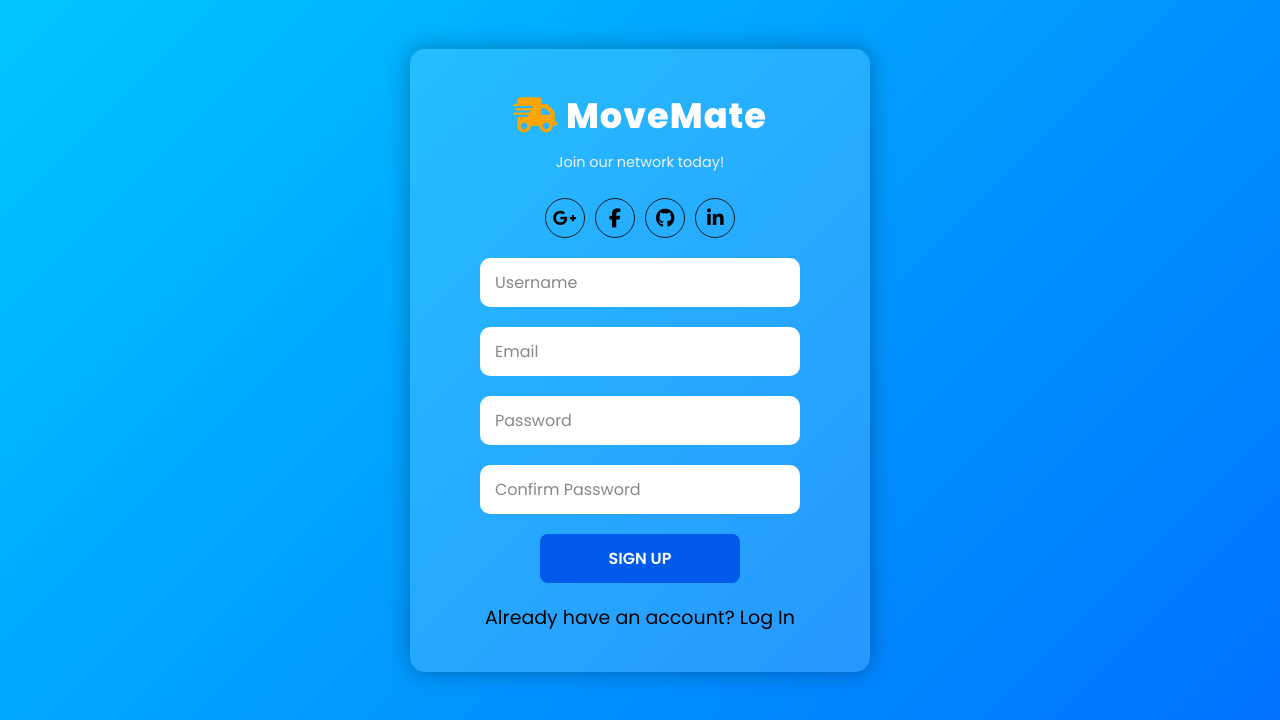
Repository: MoveMate7018/Slokdhorda7014
Page: registration.html
The author's editor kept a copy of each file at every save. The page is drawn from the files as they stood at one save, then again after the next save.
The browser window is 1280 px wide. The pictures show the whole page.

Above is the page before, as saved 2025-10-27 14:57:31.

### registration.html
<!DOCTYPE html>
<html lang="en">
<head>
    <meta charset="UTF-8">
    <meta name="viewport" content="width=device-width, initial-scale=1.0">
    <!-- CSS -->
     <link rel="stylesheet" href="Assets/css/registration.css">
    <!-- bootstrap -->
    <link rel="stylesheet" href="https://cdnjs.cloudflare.com/ajax/libs/font-awesome/6.5.0/css/all.min.css">
    <link href="https://fonts.googleapis.com/css2?family=Poppins:wght@400;600;800&display=swap" rel="stylesheet">
    <link rel="stylesheet" href="https://cdnjs.cloudflare.com/ajax/libs/font-awesome/6.5.0/css/all.min.css">
    <title>Registration</title>

</head>
<body>
    <div class="container">

        <h1 class="logo"><i class="fa-solid fa-truck-fast"></i>MoveMate</h1>
        <p class="tagline">Join our network today!</p>

        <form action="login.html">
             <div class="extra-login-options">
          <a href="#" class="icon"><i class="fa-brands fa-google-plus-g"></i></a>
          <a href="#" class="icon"><i class="fa-brands fa-facebook-f"></i></a>
          <a href="#" class="icon"><i class="fa-brands fa-github"></i></a>
          <a href="#" class="icon"><i class="fa-brands fa-linkedin-in"></i></a>
        </div>
            <div class="input-box">
                <input type="text" placeholder="Username" required>
            </div>
            <div class="input-box">
                <input type="email" placeholder="Email" required>
            </div>
            <div class="input-box">
                <input type="password" placeholder="Password" required>
            </div>
            <div class="input-box">
                <input type="password" placeholder="Confirm Password" required>
            </div>

            <button type="submit" class="register-btn">SIGN UP</button>

            <div class="links">

                <a href="login.html">Already have an account? Log In</a>
            </div>
        </form>
    </div>
</body>
</html>

### Assets/css/registration.css
 * {
            margin: 0;
            padding: 0;
            box-sizing: border-box;
            font-family: "Poppins", sans-serif;
        }

        body {
            height: 100vh;
            background: linear-gradient(135deg, #00c6ff, #0072ff);
            display: flex;
            justify-content: center;
            align-items: center;
            opacity: 0;
            animation: fadeInBody 0.9s ease-out forwards;
        }
        @keyframes fadeInBody {
            to {
                opacity: 1;
            }
        }


        .container {
            width: 460px;
            background: rgba(255, 255, 255, 0.15);
            border-radius: 15px;
            backdrop-filter: blur(10px);
            box-shadow: 0 0 25px rgba(0, 0, 0, 0.3);
            text-align: center;
            padding: 40px 30px;
            color: white;
            opacity: 0;
            transform: scale(0.9) translateY(30px);
            animation: slideInScale 1s ease-out 0.3s forwards;
       }

        @keyframes slideInScale{
         to{
             opacity: 1;
             transform: scale(1) translateY(0);
            }
     }

        .logo {
            font-size: 2.2rem;
            font-weight: 800;
            color: white;
            margin-bottom: 10px;
            letter-spacing: 1px;
            opacity: 0;
            animation: fadeInUp 0.8s ease-out 0.5s forwards;
        }
         @keyframes fadeInBody {
            to {
                opacity: 1;
            }
        }

        .logo i {
            color: orange;
            margin-right: 8px;
            animation: bounceTruck 1.5s infinite;
            opacity: 0;
            animation: fadeInUp 0.8s ease-out 0.5s forwards;
        }

        @keyframes bounceTruck {
            0%, 100% { transform: translateY(0); }
            50% { transform: translateY(-4px); }
        }
         @keyframes fadeInBody {
            to {
                opacity: 1;
            }
        }

        p.tagline {
            color: #f1f1f1;
            font-size: 0.9rem;
            margin-bottom: 25px;
            opacity: 0;
            animation: fadeInUp 0.8s ease-out 0.5s forwards;
        }
        @keyframes fadeInUp {
            to {
                opacity: 1;
                transform: translateY(0);
            }
        }

        .input-box {
            width: 100%;
            margin-bottom: 20px;
            position: relative;
        }

        .input-box input {
            width: 80%;
            padding: 12px 15px;
            border: none;
            border-radius: 10px;
            outline: none;
            font-size: 1rem;
            color: #333;
        }

        .input-box input::placeholder {
            color: #888;
        }


        .register-btn {
            width: 50%;
            background-color: #005bea;
            color: white;
            border: none;
            border-radius: 8px;
            padding: 12px;
            font-size: 1rem;
            font-weight: 600;
            cursor: pointer;
            transition: 0.3s;
        }

        .register-btn:hover {
            background-color: #0043a8;
        }

        .links {
            margin-top: 20px;
            font-size: 0.9rem;
        }

        .links a {
            color: #fff;
            text-decoration: none;
            margin: 0 8px;
        }

        .links a:hover {
            text-decoration: underline;
        }

        @media (max-width: 420px) {
            .container {
                width: 90%;
                padding: 30px 20px;
            }
            .logo {
                font-size: 1.8rem;
            }
        }
        .container form h1{
             opacity: 0;
             animation: fadeInUp 0.5s ease-out forwards;
         }

         .container form .social-list{
             opacity: 0;
             animation: fadeInUp 0.5s ease-out forwards;
         }

         .container form span{
             opacity: 0;
             animation: fadeInUp 0.5s ease-out forwards;
         }

         .container form input{
             opacity: 0;
             animation: fadeInUp 0.5s ease-out forwards;
         }

         .container form input{
             animation-delay: 1s;
         }

         .container form input{
             animation-delay: 1s;
         }

         .container form a{
             opacity: 0;
             animation: fadeInUp 0.5s ease-out 1.7s forwards;
         }

         .container form button{
             opacity: 0;
             animation: fadeInUp 0.5s ease-out 1.8s forwards;
         }

         @keyframes fadeInUp{
             from{
                 opacity: 0;
                 transform: translateY(20px);
             }
             to{
                 opacity: 1;
                 transform: translateX(0);
             }
         }

        .container a{
         color: rgb(0, 0, 0);
         font-size: 19px;
         text-decoration: none;
         margin: 15px 0 10px;
     }
         .extra-login-options{
           margin: 20px 0;
     }

         .extra-login-options a{
            border: 1px solid #1F1C18;
            border-radius: 50%;
            display: inline-flex;
            justify-content: center;
            align-items: center;
            margin: 0 3px;
            width: 40px;
            height: 40px;
     }

After the next save:
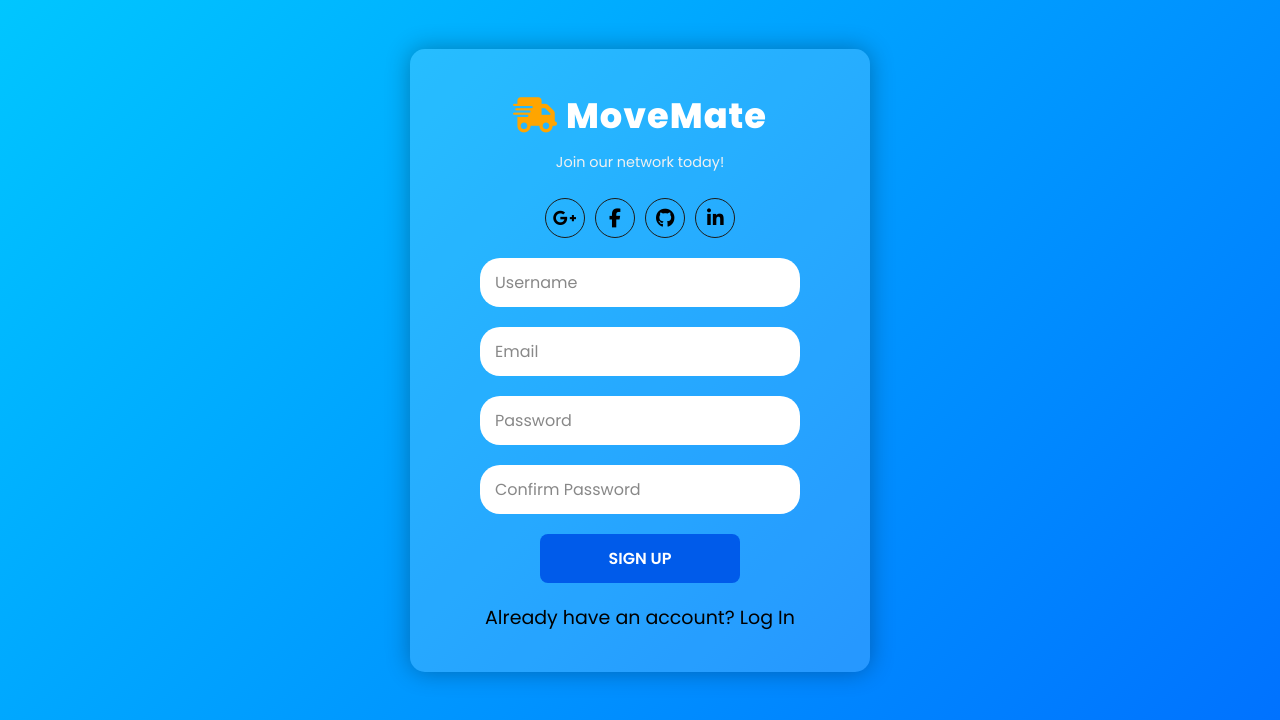
Saved 5 s later.
--- a/Assets/css/registration.css
+++ b/Assets/css/registration.css
@@ -99,7 +99,7 @@
             width: 80%;
             padding: 12px 15px;
             border: none;
-            border-radius: 10px;
+            border-radius: 20px;
             outline: none;
             font-size: 1rem;
             color: #333;
